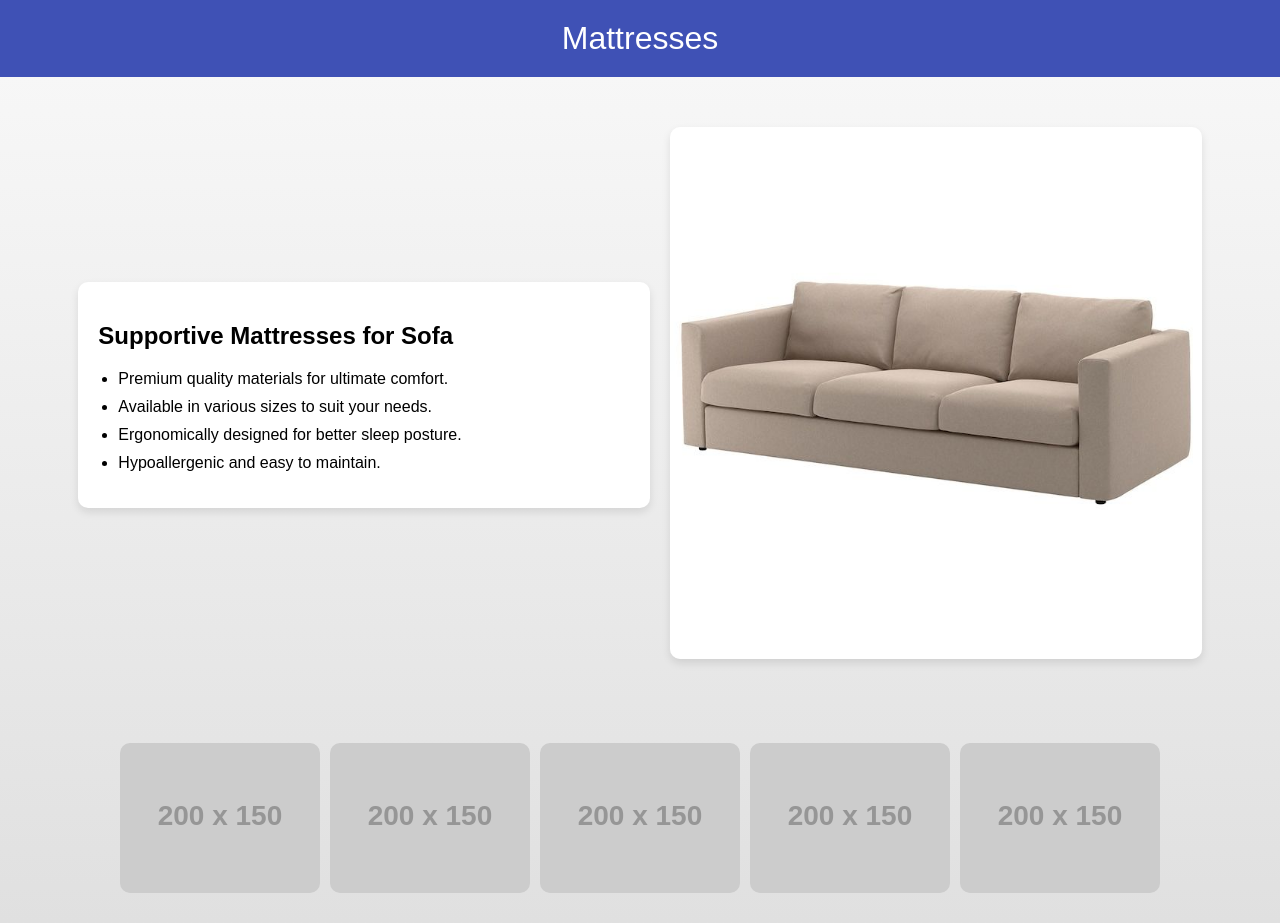
Repository: nadafgroup/rashidgadiUI
Page: src/sofa.html
The author's editor kept a copy of each file at every save. The page is drawn from the files as they stood at one save, then again after the next save.
The browser window is 1280 px wide. The pictures show the whole page.

Above is the page before, as saved 2025-01-23 15:49:58.

### src/sofa.html
<!DOCTYPE html>
<html lang="en">
<head>
    <meta charset="UTF-8">
    <meta name="viewport" content="width=device-width, initial-scale=1.0">
    <title>Mattresses</title>
   <link rel="stylesheet" href="./products.css">
</head>
<body>
    <header>Mattresses</header>

    <div class="container">
        <div class="info">
            <h2>Supportive Mattresses for Sofa</h2>
            <ul>
                <li>Premium quality materials for ultimate comfort.</li>
                <li>Available in various sizes to suit your needs.</li>
                <li>Ergonomically designed for better sleep posture.</li>
                <li>Hypoallergenic and easy to maintain.</li>

            </ul>
        </div>

        <div class="image-container">
            <img src="../assets/img/sofa.jpg" alt="Mattress">
        </div>
    </div>

    <div class="gallery">
        <img src="https://via.placeholder.com/200x150" alt="Gallery Image 1">
        <img src="https://via.placeholder.com/200x150" alt="Gallery Image 2">
        <img src="https://via.placeholder.com/200x150" alt="Gallery Image 3">
        <img src="https://via.placeholder.com/200x150" alt="Gallery Image 4">
        <img src="https://via.placeholder.com/200x150" alt="Gallery Image 5">
    </div>
</body>
</html>

### src/products.css

body {
    margin: 0;
    font-family: Arial, sans-serif;
    display: flex;
    flex-direction: column;
    align-items: center;
    background: linear-gradient(to bottom, #f9f9f9, #e0e0e0);
}

header {
    width: 100%;
    text-align: center;
    padding: 20px 0;
    background-color: #3f51b5;
    color: white;
    font-size: 2rem;
    animation: fadeIn 1.5s;
}

.container {
    display: flex;
    flex-direction: row;
    justify-content: center;
    align-items: center;
    padding: 50px;
    gap: 20px;
}

.info {
    flex: 1;
    padding: 20px;
    background: white;
    border-radius: 10px;
    box-shadow: 0 4px 8px rgba(0, 0, 0, 0.1);
    animation: slideInLeft 1s;
}

.info ul {
    list-style: disc;
    padding-left: 20px;
}

.info ul li {
    margin: 10px 0;
}

.image-container {
    flex: 1;
    animation: slideInRight 1s;
}

.image-container img {
    width: 100%;
    border-radius: 10px;
    box-shadow: 0 4px 8px rgba(0, 0, 0, 0.1);
}

.gallery {
    width: 90%;
    margin: 30px auto;
    display: flex;
    flex-wrap: wrap;
    gap: 10px;
    justify-content: center;
    animation: fadeIn 1.5s;
}

.gallery img {
    width: 200px;
    height: 150px;
    object-fit: cover;
    border-radius: 10px;
    transition: transform 0.3s;
}

.gallery img:hover {
    transform: scale(1.1);
}

@keyframes fadeIn {
    from { opacity: 0; }
    to { opacity: 1; }
}

@keyframes slideInLeft {
    from { transform: translateX(-100%); }
    to { transform: translateX(0); }
}

@keyframes slideInRight {
    from { transform: translateX(100%); }
    to { transform: translateX(0); }
}

After the next save:
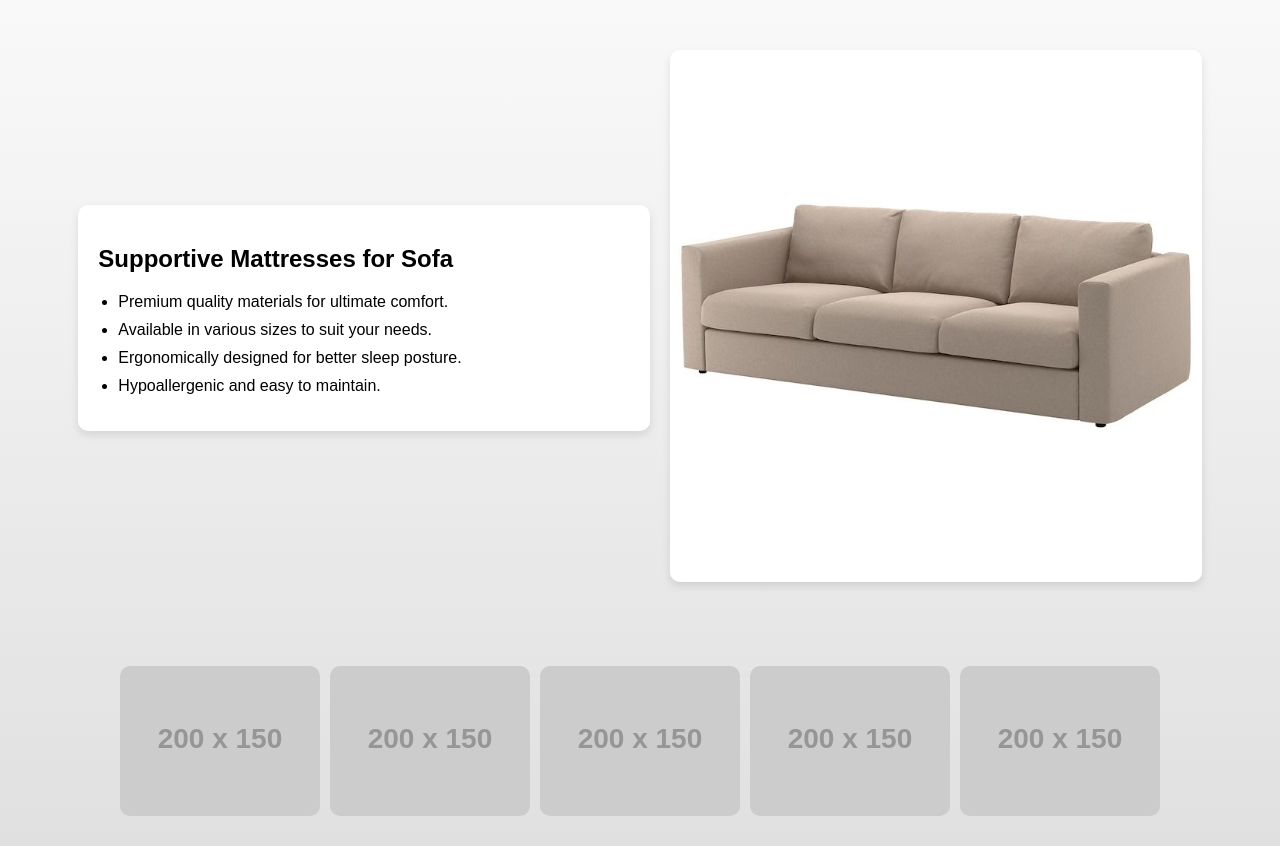
Saved 35 s later.
--- a/src/sofa.html
+++ b/src/sofa.html
@@ -7,7 +7,7 @@
    <link rel="stylesheet" href="./products.css">
 </head>
 <body>
-    <header>Mattresses</header>
+
 
     <div class="container">
         <div class="info">
